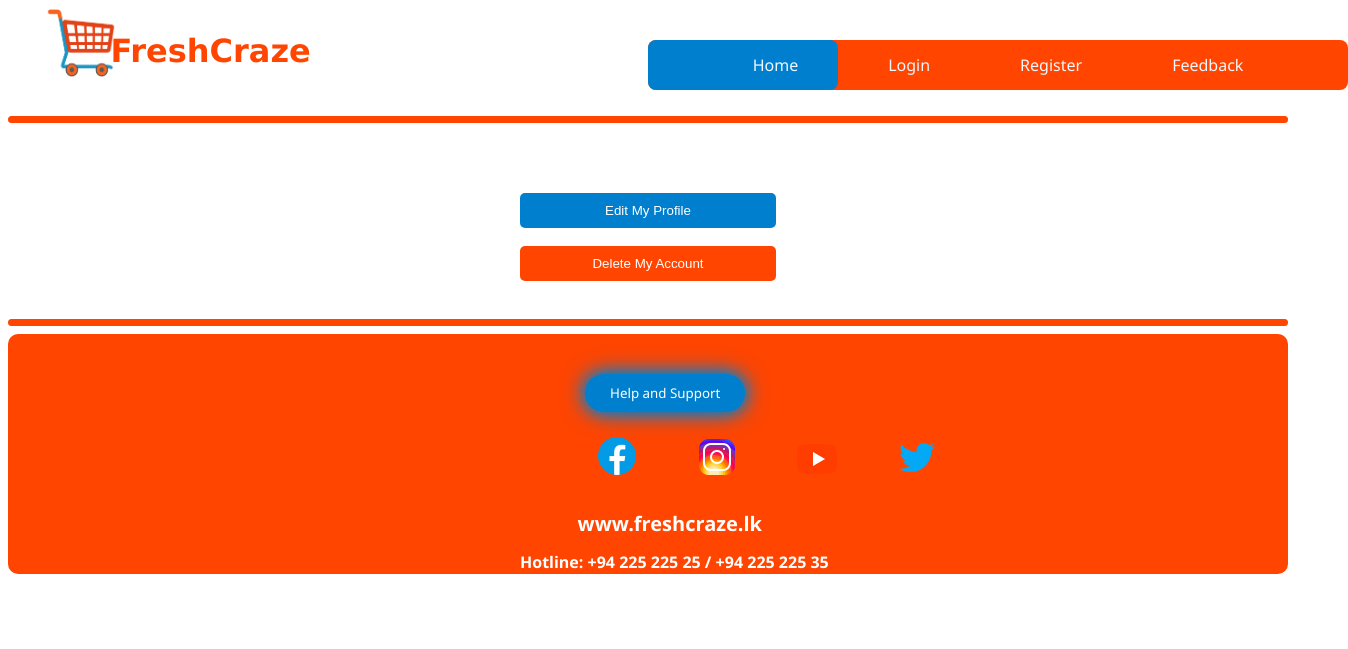
Repository: chamarac2002/FreshCraze
Page: http://localhost/CustomerDemo/useraccount.jsp
An editor plug-in stored every save of this project. The page is shown before and after the next save, followed by the edit.
The browser window is 1280 px wide. The page is 1348 px wide, so the pictures cover 1348 px, including what lies to the right of the window. The pictures show the whole page.
The page is served by Tomcat 9. Nobody is signed in. The application's start-up code is not run. Other server files are loaded and not shown. The template is opened directly, without the code that normally fills it, so the values that code supplies are empty.

Above is the page before, as saved 2024-05-11 05:35:18.

### CustomerDemo/src/main/webapp/useraccount.jsp
<%@ page language="java" contentType="text/html; charset=ISO-8859-1"
    pageEncoding="ISO-8859-1"%>
    <%@taglib prefix="c" uri="http://java.sun.com/jsp/jstl/core"%>
<!DOCTYPE html>

<html lang="en">
<head>
    <meta charset="UTF-8">
    <meta name="viewport" content="width=device-width, initial-scale=1.0">
    <title>Home Page</title>

    <link rel="stylesheet" href="Styles/useraccountStyle.css">
</head>

<body>

<img src="images\logo.png" class="logo" >

    <h1 class="logo_topic">FreshCraze</h1>

    <nav class="navbar">
        <a href="home page.html">Home</a>
        <a href="Login page.html">Login</a>
        <a href="customer registration.html">Register</a>
        <a href="#">Feedback</a>
        <span></span>
    </nav>

<hr class="topic_line">

	<table class = "table">
		<c:forEach var="cus" items="${cusDetails}">

		<c:set var="id" value="${cus.id}"/>
		<c:set var="name" value="${cus.name}"/>
		<c:set var="address" value="${cus.address}"/>
		<c:set var="phone" value="${cus.phone}"/>
		<c:set var="nic" value="${cus.nic}"/>
		<c:set var="email" value="${cus.email}"/>
		<c:set var="gender" value="${cus.gender}"/>
		<c:set var="password" value="${cus.password}"/>


        <h1 class = "head">Customer Profile</h1>

   		<tbody>
        <tr>
			<td>Customer ID:</td>
			<td>${cus.id}</td>
		</tr>
		<tr class="active-row">
			<td>Name:</td>
			<td>${cus.name}</td>
		</tr>
		<tr>
			<td>Address:</td>
			<td>${cus.address}</td>
		</tr>
		<tr class="active-row">
			<td>Phone Number</td>
			<td>${cus.phone}</td>
		</tr>
		<tr>
			<td>NIC Number:</td>
			<td>${cus.nic}</td>
		</tr>
		<tr class="active-row">
			<td>Email:</td>
			<td>${cus.email}</td>
		</tr>
		<tr>
			<td>Gender:</td>
			<td>${cus.gender}</td>
		</tr>
		<tr class="active-row">
			<td>Password:</td>
			<td>${cus.password}</td>
		</tr>
    </tbody>
	</c:forEach>
	</table>

<table class="styled-table">

</table>

	<c:url value="updatecustomer.jsp" var="cusupdate">
		<c:param name="id" value="${id}"/>
		<c:param name="name" value="${name}"/>
		<c:param name="address" value="${address}"/>
		<c:param name="phone" value="${phone}"/>
		<c:param name="nic" value="${nic}"/>
		<c:param name="email" value="${email}"/>
		<c:param name="gender" value="${gender}"/>
		<c:param name="pass" value="${password}"/>
	</c:url>

	<a href="${cusupdate}">
	<input type="button" name="update" class="sub1" value="Edit My Profile">
	</a>

	<br><br>
	<c:url value="deletecustomer.jsp" var="cusdelete">
		<c:param name="id" value="${id}"/>
		<c:param name="name" value="${name}"/>
		<c:param name="address" value="${address}"/>
		<c:param name="phone" value="${phone}"/>
		<c:param name="nic" value="${nic}"/>
		<c:param name="email" value="${email}"/>
		<c:param name="gender" value="${gender}"/>
		<c:param name="pass" value="${password}"/>
	</c:url>
	<a href="${cusdelete}">
	<input type="button" name="delete" class="sub2" value="Delete My Account"><br>
	</a>

<hr class="footer_line">

<div class="footer">
    <a href="link" target="_blank">
    <button type="button" class="help_button">Help and Support</button>
    </a>

    <div class="fb_icon">
        <a href="https://www.facebook.com/" target="_blank"><img src="images/facebook.png"></a>
    </div>

    <div class="insta_icon">
        <a href="https://www.instagram.com/" target="_blank"><img src="images/insta.png"></a>
    </div>

    <div class="twitt_icon">
        <a href="https://www.twitter.com/" target="_blank"><img src="images/Twitter.png"></a>
    </div>

    <div class="yt_icon">
        <a href="https://www.youtube.com/" target="_blank"><img src="images/yt.png"></a>
    </div>
</div>

<div class="contacts">
    <h1 class="link">www.freshcraze.lk</h1>
    <h1>Hotline: +94 225 225 25 / +94 225 225 35</h1>
</div>

</body>
</html>

### CustomerDemo/src/main/webapp/Styles/useraccountStyle.css
body{
    background-color: #ffffff;
    background-repeat: no-repeat;
    background-attachment: fixed;
    background-position: center;
    width: 100%;
}

.logo{
    width: 70px;
    height: 70px;
    margin-left: 3%;
}

.logo_topic{
    font-family: verdana;
    margin-left: 8%;
    margin-top: -3.9%;
    color: orangered;
}

.navbar{
    margin-left:50%;
    margin-top:-4%;
    padding: 0;
    box-sizing: border-box;
    font-family: 'Segoe UI';
    display: flex;
    justify-content:center;
    align-items: center;
    min-height: 5vh;

    position:relative;
    background-color: orangered;
    border-radius: 8px;
    width: 700px;
    height: 50px;
    display: flex;
}

nav a{
    position: relative;
    display: inline-block;
    font-size: 1em;
    font-weight: 500;
    color: aliceblue;
    text-decoration: none;
    padding: 45px;
    z-index: 1;
}

nav span{
    position: absolute;
    top: 0;
    left: 0;
    width: 190px;
    height: 100%;
    background-color:rgb(0, 127, 206);
    border-radius: 8px;
    transition: .3s;
}

nav a:nth-child(1):hover~span{
    left: 0;
    width: 190px;
}

nav a:nth-child(2):hover~span{
    left: 190px;
    width: 150px;
}

nav a:nth-child(3):hover~span{
    left:330px;
    width: 150px;
}

nav a:nth-child(4):hover~span{
    left: 470px;
    width: 230px;
}

.topic_line{
    border: none;
    margin-top: 2%;
    border-top: 7px solid orangered;
    border-radius: 10px;
}

.help_button{
    box-shadow:0 0 15px rgb(0, 127, 206),0 0 25px rgb(0, 127, 206);
    border: none;
    width: 160px;
    margin-left: 44%;
    font-family: 'Segoe UI';
    padding: 10px 12px;
    color: #ffffff;
    background-color:rgb(0, 127, 206);
    border-radius: 20px;
}

.help_button:hover{
    box-shadow: 0 0 25px rgb(0, 127, 206);
}

.fb_icon{
    margin-left: 560px;
    margin-top: 20px;
}

.insta_icon{
    margin-left: 660px;
    margin-top: -51px;
}

.yt_icon{
    margin-left: 760px;
    margin-top: -51px;
}

.twitt_icon{
    margin-left: 860px;
    margin-top: -51px;
}

.footer{
    height: 200px;
    background-color: orangered;
    padding-top: 40px;
    padding-left: 25px;
    border-radius: 10px;
}

.footer_line{
    border: none;
    margin-top: 3%;
    border-top: 7px solid orangered;
    border-radius: 10px;
}

.contacts{
    font-size: 8px;
    color:rgb(255, 255, 255);
    font-family: 'Segoe UI';
    margin-left: 40%;
    margin-top: -5%;
}

.link{
    font-size: 20px ;
    margin-top: -6%;
    margin-left: 7.5%;
}

.details{
    font-family: verdana;
    margin-left: 8%;
    margin-top: -3.9%;
    color: orangered;
}

.table {
    border-collapse: collapse;
    margin: 25px 0;
    font-size: 1.02em;
    font-family: 'Segoe UI';
    min-width: 400px;
    margin-left: 37%;
    margin-top: 3%;
}

.head {
	margin-top: 4%;
    text-align: center;
 	margin-bottom: 50px;
 	font-family: 'Segoe UI';
 	font-size: 1.8em;
}

.table th,
.table td {
    padding: 12px 15px;
}

.table tbody tr {
    border-bottom: 1px solid #dddddd;
}

.table tbody tr:nth-of-type(even) {
    background-color: #f3f3f3;
}

.table tbody tr:last-of-type {
    border-bottom: 2px solid orangered;
}

.table tbody tr:first-of-type {
    border-top: 2px solid orangered;
}

.table tbody tr.active-row {
    font-weight: bold;
    color: rgb(0, 127, 206);
}

.sub1 {
  	margin-left: 40%;
    margin-top: 0.5%;
    text-align: center;
    color : #ffffff;
  	width: 20%;
	padding: 10px;
 	background-color: rgb(0, 127, 206);
 	border: none;
 	border-radius: 5px;
 	cursor: pointer;
}

.sub2 {
  	margin-left: 40%;
    text-align: center;
    color : #ffffff;
  	width: 20%;
	padding: 10px;
 	background-color: orangered;
 	border: none;
 	border-radius: 5px;
 	cursor: pointer;
}

After the next save:
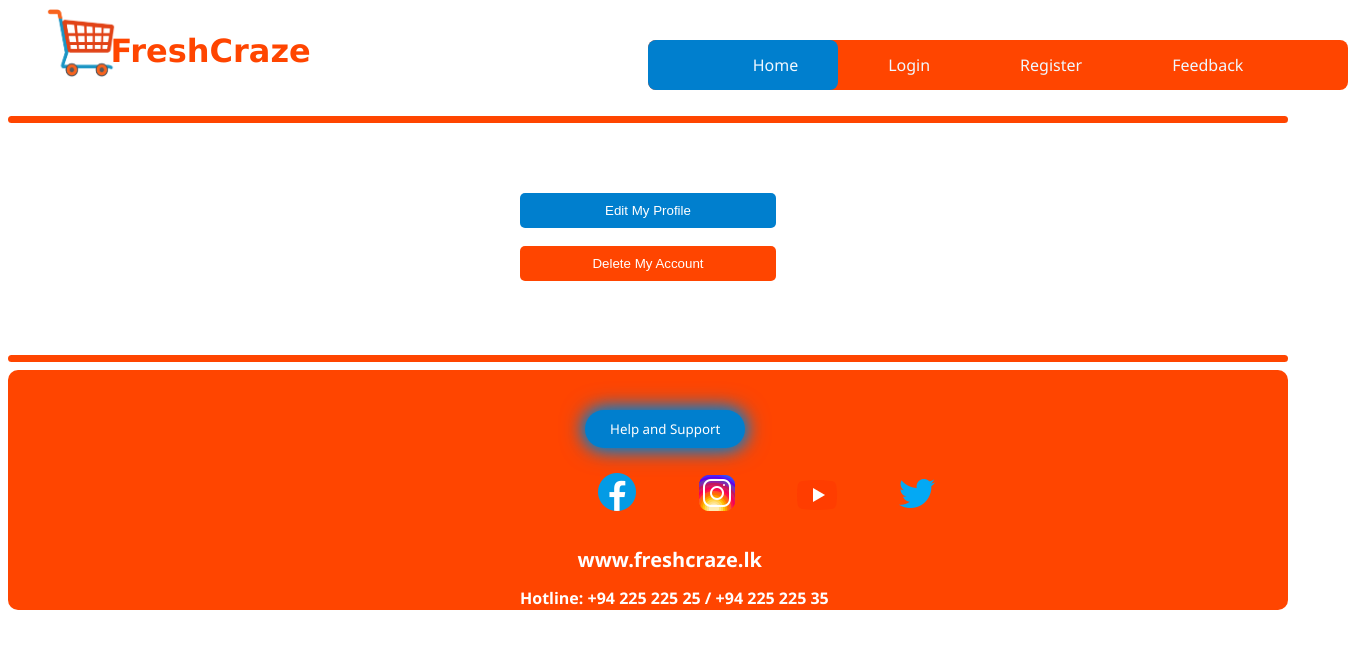
Saved 12 s later.
--- a/CustomerDemo/src/main/webapp/useraccount.jsp
+++ b/CustomerDemo/src/main/webapp/useraccount.jsp
@@ -111,7 +111,7 @@
 		<c:param name="pass" value="${password}"/>
 	</c:url>
 	<a href="${cusdelete}">
-	<input type="button" name="delete" class="sub2" value="Delete My Account"><br>
+	<input type="button" name="delete" class="sub2" value="Delete My Account"><br><br><br>
 	</a>
 
 <hr class="footer_line">
